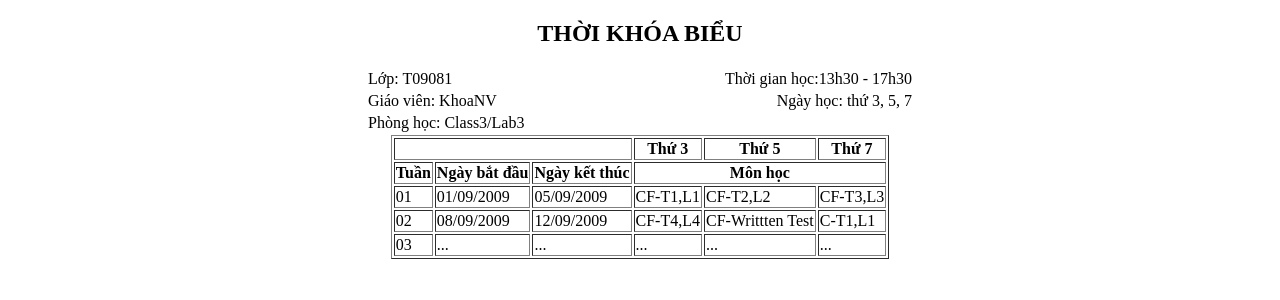
Repository: Lehuyhuynh/BT1-HTML
Page: index.html
These files come from the project's save history. The page is drawn as it stood at one moment and after a run of saves; the edit follows.
The browser window is 1280 px wide. The pictures show the whole page.

Above is the page before, as saved 2023-08-06 21:46:27.

After the next 2 saves:
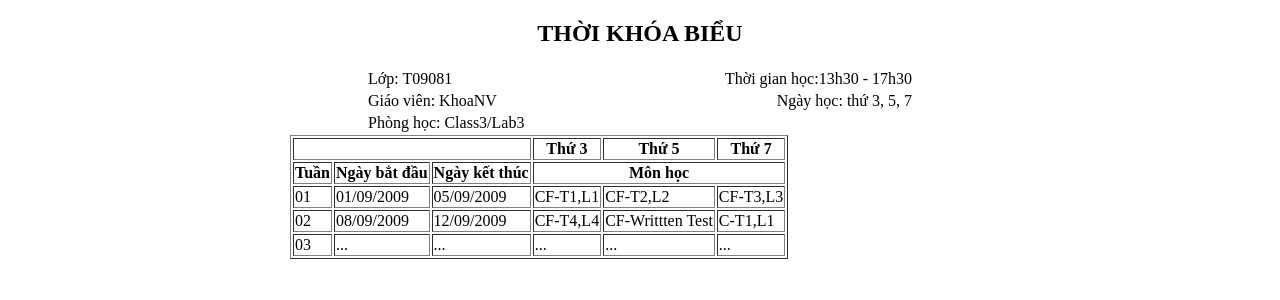
The 2 saves are shown as one change because they came seconds apart.
The last was saved 55 s later.
--- a/index.html
+++ b/index.html
@@ -16,7 +16,7 @@
     margin-right: auto;
     }
     #table2{
-      width: max-content;
+      width: 700px;
     display: block;
     margin-left: auto;
     margin-right: auto;
